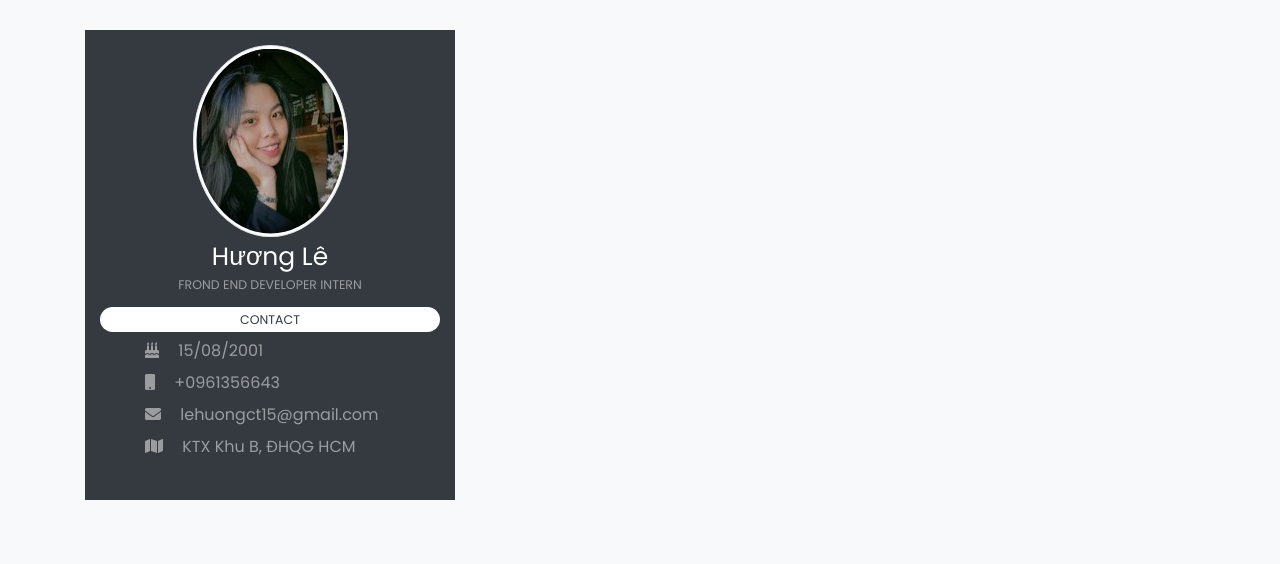
Repository: huongle158/cvhuongle
Page: index.html
An editor plug-in stored every save of this project. The page is shown before and after the next save, followed by the edit.
The browser window is 1280 px wide. The pictures show the whole page.
Some web libraries are served in a nearby version.

Above is the page before, as saved 2021-12-12 23:28:11.

After the next save:
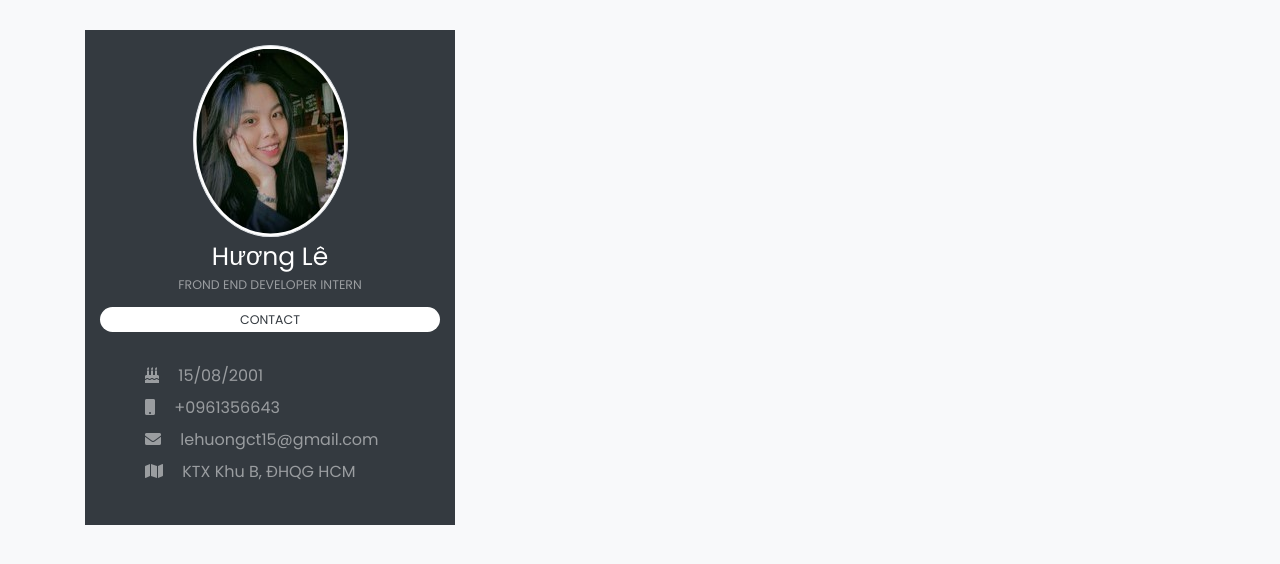
Saved 8 s later.
--- a/index.html
+++ b/index.html
@@ -41,7 +41,7 @@
           </div>
 
           <div>
-              <h5 class="text-uppercase bg-white text-dark py-2 rounded-pill" mb-5>contact</h5>
+              <h5 class="text-uppercase bg-white text-dark py-2 rounded-pill mb-5" >contact</h5>
               <ul class="list-unstyled text-white-50 ml-5 py-2 text-left">
                   <li class="list-item mb-4">
                       <i class="fas fa-birthday-cake mx-4"></i>
